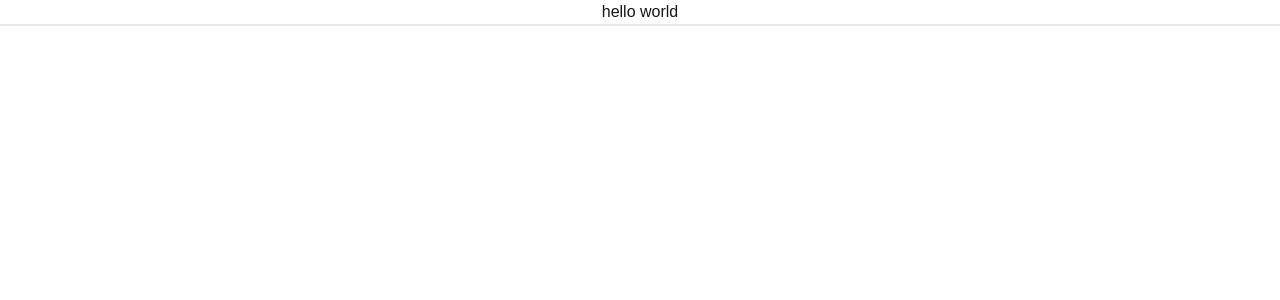
Repository: vitorbelluzzo/CountryInformationApp
Page: / (app in fe/)
An editor plug-in stored every save of this project. The page is shown before and after a run of saves, followed by the edit.
The browser window is 1280 px wide. The pictures show the whole page.
The project was rebuilt for these pictures with package versions that can differ from the ones it lists, and the page was loaded fresh each time. The framework's server and built-in components were replaced by stand-ins that run in the browser. Also part of the build but not shown: fe/next.config.ts.

Above is the page before, as saved 2024-10-29 13:51:10.

After the next 2 saves:
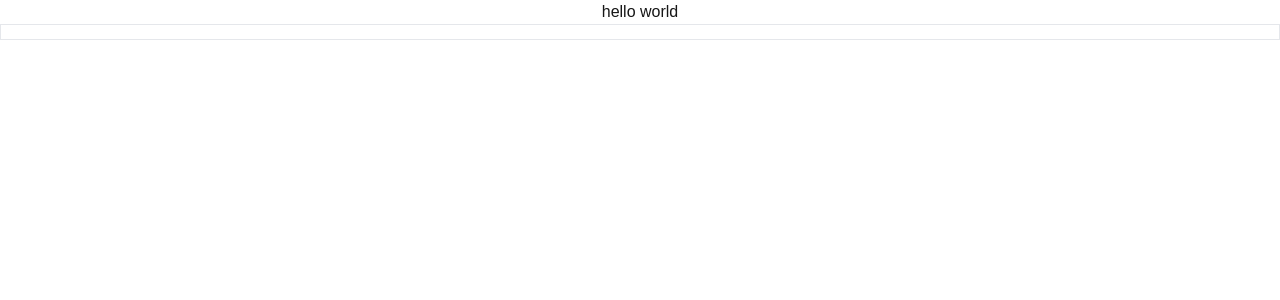
The 2 saves are shown as one change because they came seconds apart.
The last was saved 11 s later.
--- a/fe/src/app/page.tsx
+++ b/fe/src/app/page.tsx
@@ -25,7 +25,7 @@ export default function Home() {
   return (
     <div>
       <p className="text-center">hello world</p>
-      <div className="border"></div>
+      <div className="border h-4"></div>
     </div>
   );
 }
